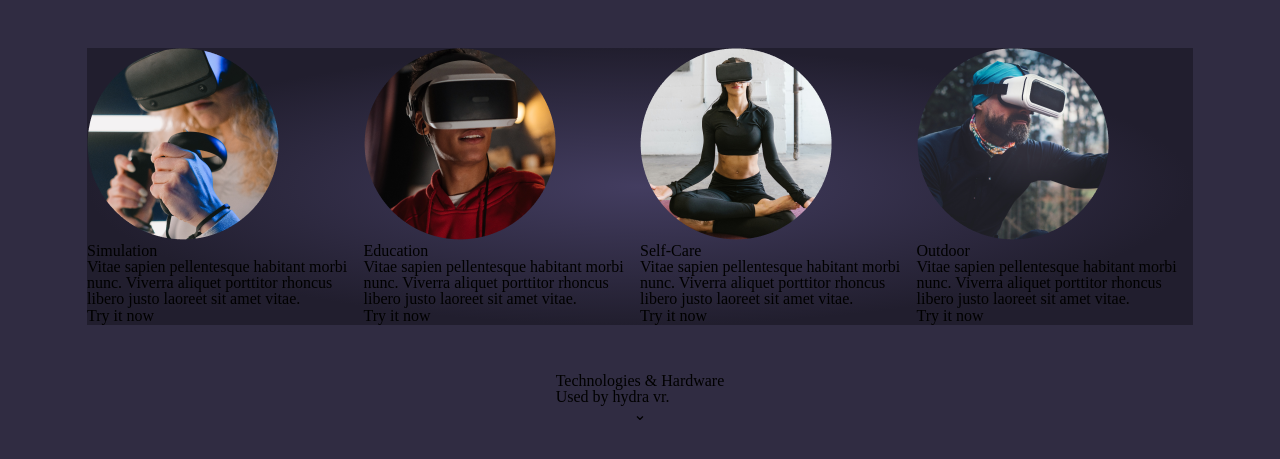
Repository: xMargi/Hydra-LandingPage
Page: index.html
These files come from the project's save history. The page is drawn as it stood at one moment and after the next save; the edit follows.
The browser window is 1280 px wide. The pictures show the whole page.

Above is the page before, as saved 2023-06-07 20:06:05.

After the next save:
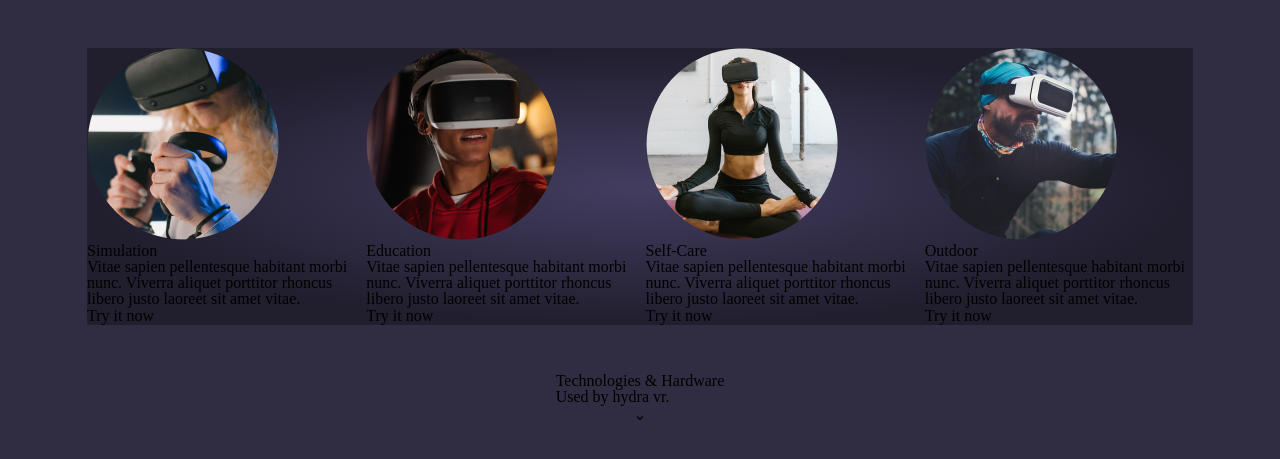
Saved 35 s later.
--- a/style.css
+++ b/style.css
@@ -24,5 +24,6 @@ body{
     margin:3rem 5.4375rem;
     display: flex;
     background: var(--cor-cartao);
+    gap: 0.6875rem;
 
 }
